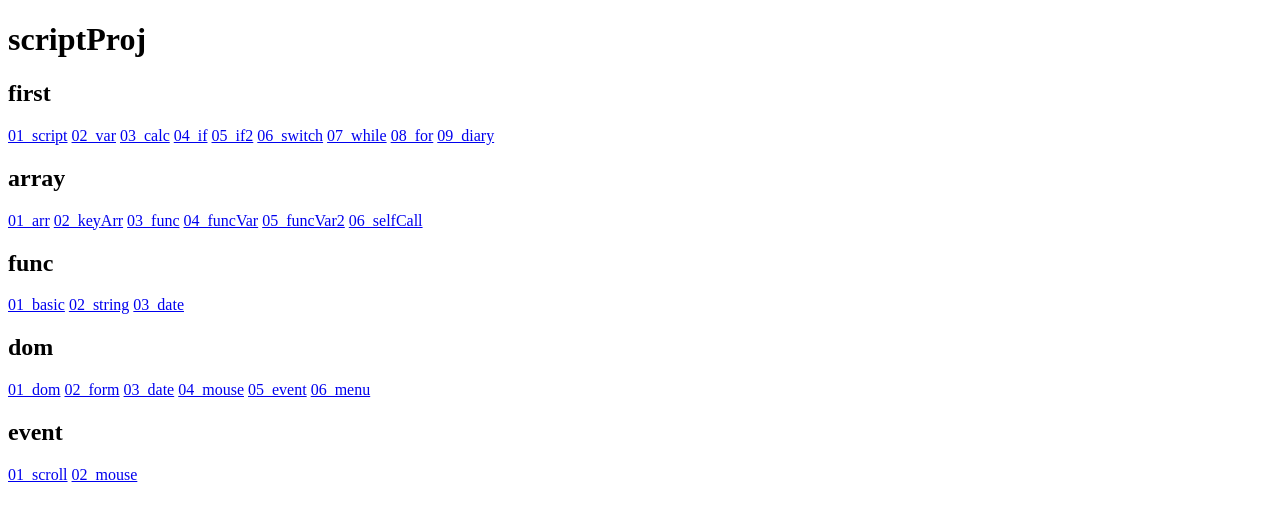
Repository: psun2/Korea-IT-Academy
Page: (back up) _ 오전/study_a/web_work/scriptProj/WebContent/index.html
An editor plug-in stored every save of this project. The page is shown before and after the next save, followed by the edit.
The browser window is 1280 px wide. The pictures show the whole page.

Above is the page before, as saved 2020-08-07 04:29:13.

After the next save:
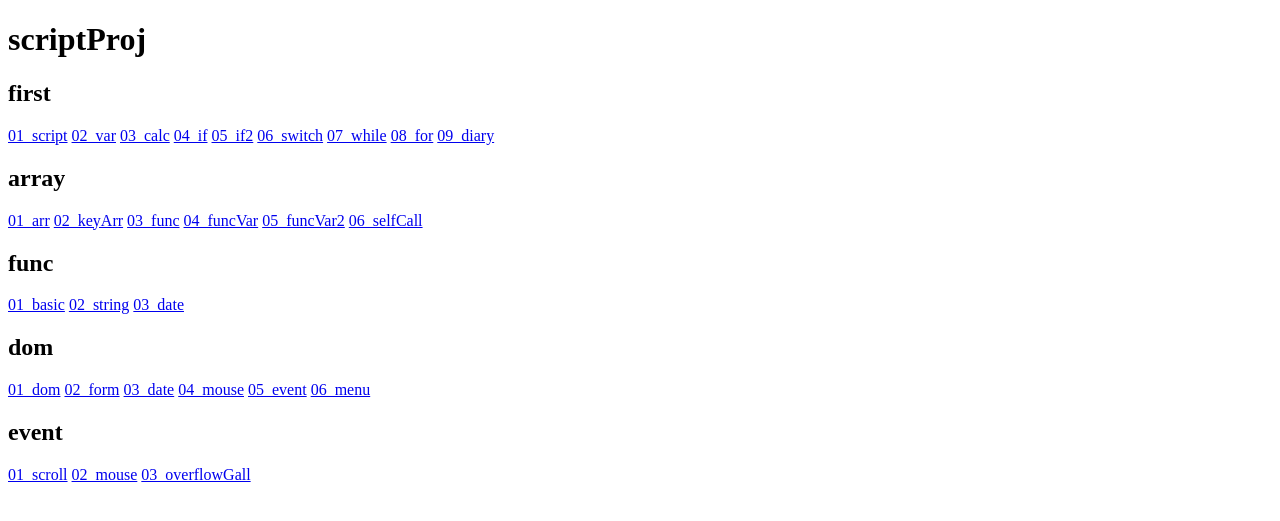
Saved 5 min 16 s later.
--- a/(back up) _ 오전/study_a/web_work/scriptProj/WebContent/index.html
+++ b/(back up) _ 오전/study_a/web_work/scriptProj/WebContent/index.html
@@ -37,5 +37,6 @@
 <h2>event</h2>
 <a href="event/01_scroll.html">01_scroll</a>
 <a href="event/02_mouse.html">02_mouse</a>
+<a href="event/03_overflowGall.html">03_overflowGall</a>
 </body>
 </html>
